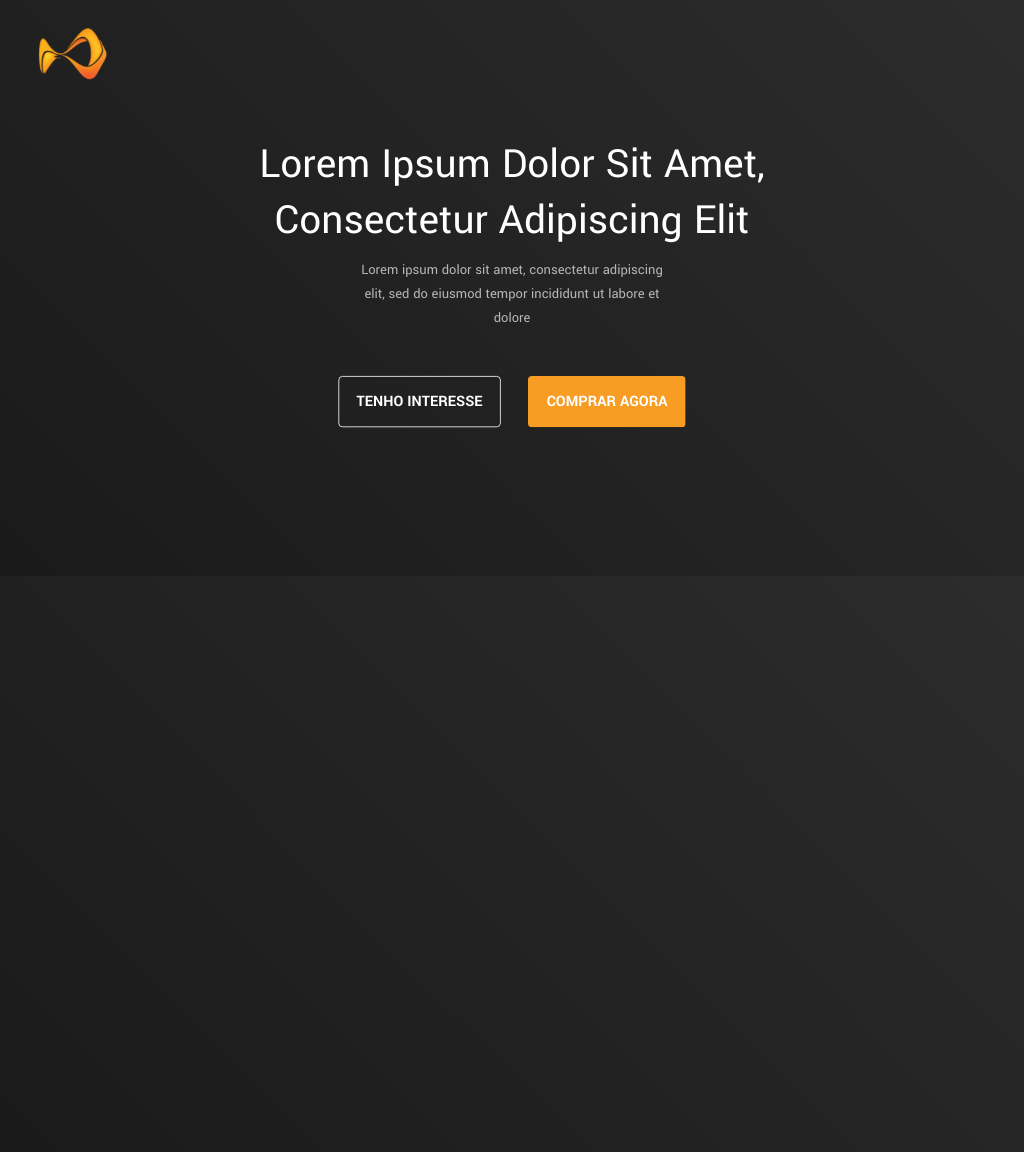
Repository: Rafael-Araujo-dev/Treinamento-Raccoon
Page: Projeto-2/index.html
These files come from the project's save history. The page is drawn as it stood at one moment and after the next save; the edit follows.
The browser window is 1280 px wide. The pictures show the whole page, at 80% of full size.

Above is the page before, as saved 2021-09-23 07:37:49.

After the next save:
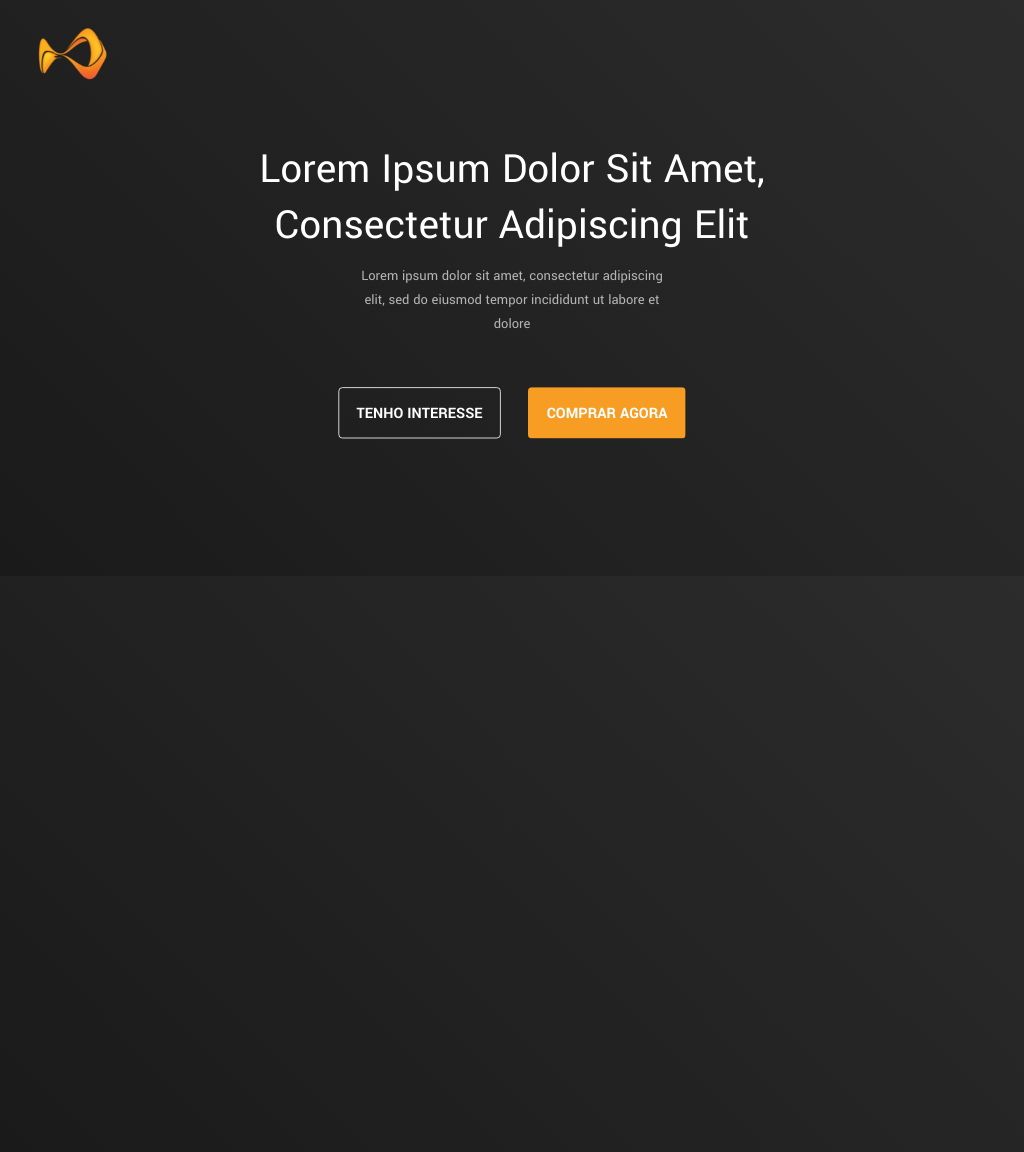
Saved 76 s later.
--- a/Projeto-2/css/style.css
+++ b/Projeto-2/css/style.css
@@ -158,7 +158,7 @@
 }
 
 .hero-btn-group {
-    margin-bottom: 22.5vh;
+    margin-bottom: 20.5vh;
     text-align: center;
 }
 
